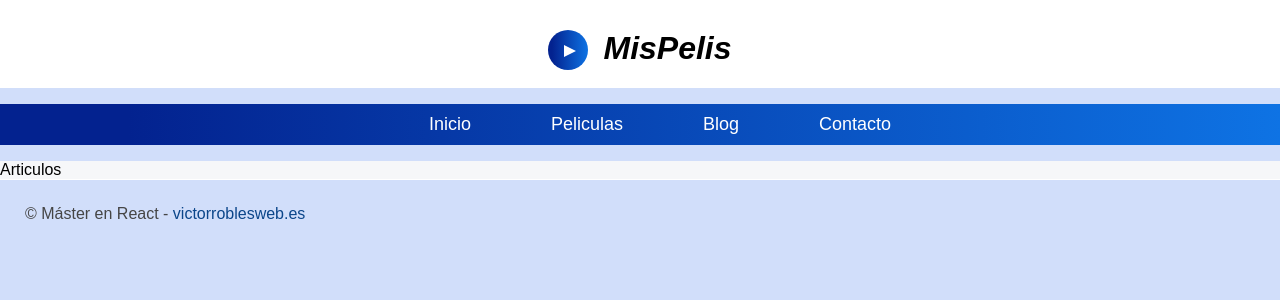
Repository: DamianBermudez94/frondEnd-blog
Page: /articulos
An editor plug-in stored every save of this project. The page is shown before and after the next save, followed by the edit.
The browser window is 1280 px wide. The pictures show the whole page.
The project was rebuilt for these pictures with package versions that can differ from the ones it lists, and the page was loaded fresh each time. Also part of the build but not shown: vite.config.js, src/components/pages/Inicio.jsx, src/components/pages/Busqueda.jsx, src/components/pages/Crear.jsx, src/components/pages/Articulo.jsx.

Above is the page before, as saved 2023-08-07 19:25:30.

After the next save:
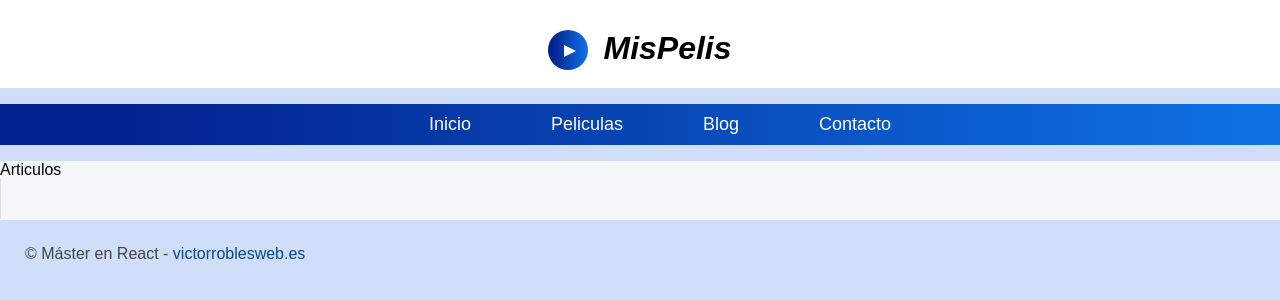
Saved 22 s later.
--- a/src/router/rutas.jsx
+++ b/src/router/rutas.jsx
@@ -8,6 +8,7 @@ import { Articulo } from "../components/pages/Articulo";
 import { Header } from "../components/layout/Header";
 import { Nav } from "../components/layout/Nav";
 import { Footer } from "../components/layout/Footer";
+import { Sidebar } from "../components/layout/Sidebar";
 
 
 export const Rutas = ()=>{
@@ -27,8 +28,8 @@ export const Rutas = ()=>{
                     <Route path="/articulos" element={<Articulos/>}/>
                     <Route path="/articulo" element={<Articulo/>}/>
                 </Routes>
-
             </section>
+            <Sidebar/>
             <Footer></Footer>
         </BrowserRouter>
     )
